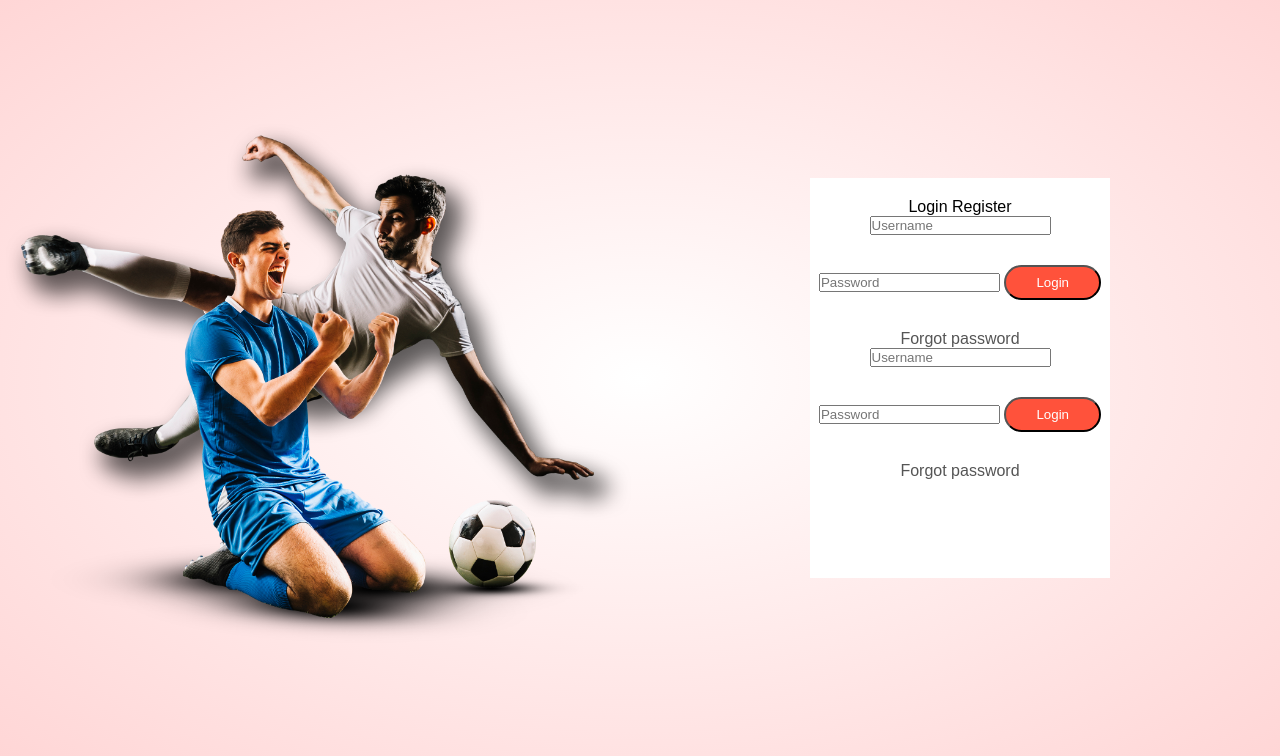
Repository: ritikalohia/tepid-frontend
Page: account.html
These files come from the project's save history. The page is drawn as it stood at one moment and after the next save; the edit follows.
The browser window is 1280 px wide. The pictures show the whole page.

Above is the page before, as saved 2021-06-09 12:24:57.

After the next save:
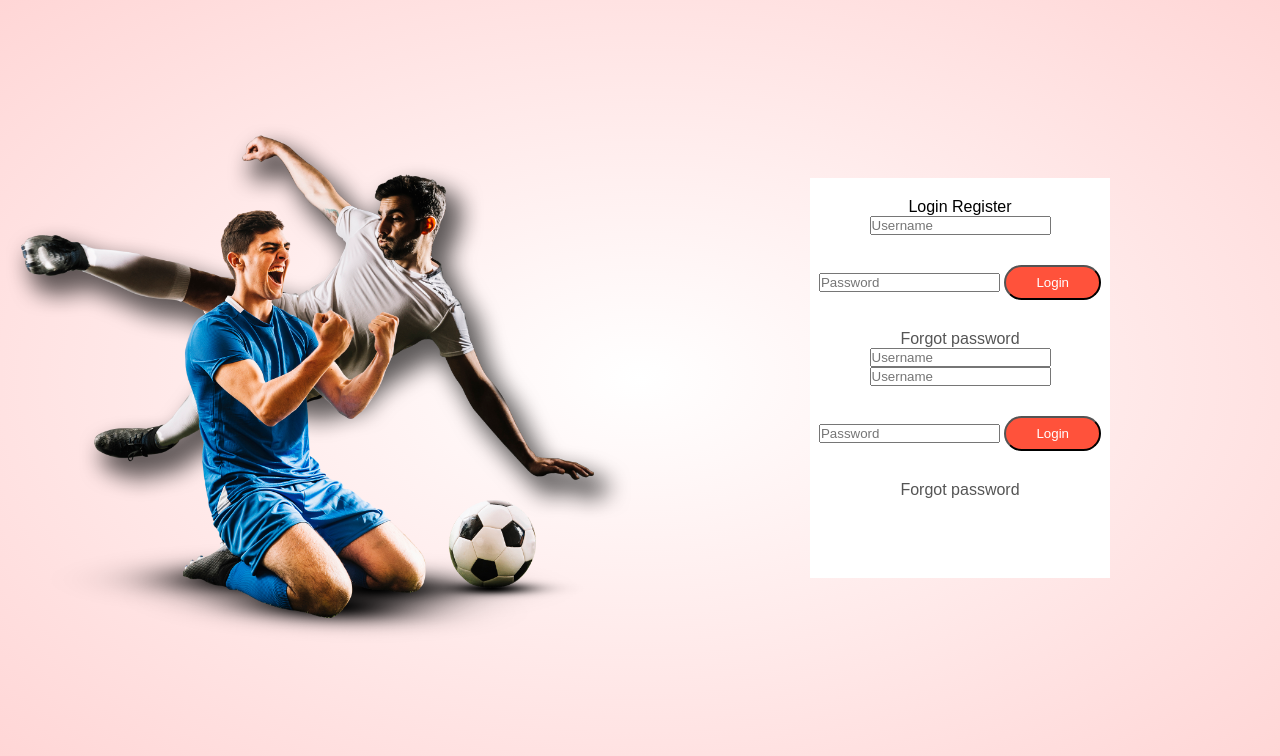
Saved 7 s later.
--- a/account.html
+++ b/account.html
@@ -29,6 +29,7 @@
 
                     <form>
                         <input type="text" placeholder="Username">
+                        <input type="text" placeholder="Username">
                         <input type="password" placeholder="Password">
                         <button type="submit" class="btn">Login</button>
                         <a href=""> Forgot password</a>
